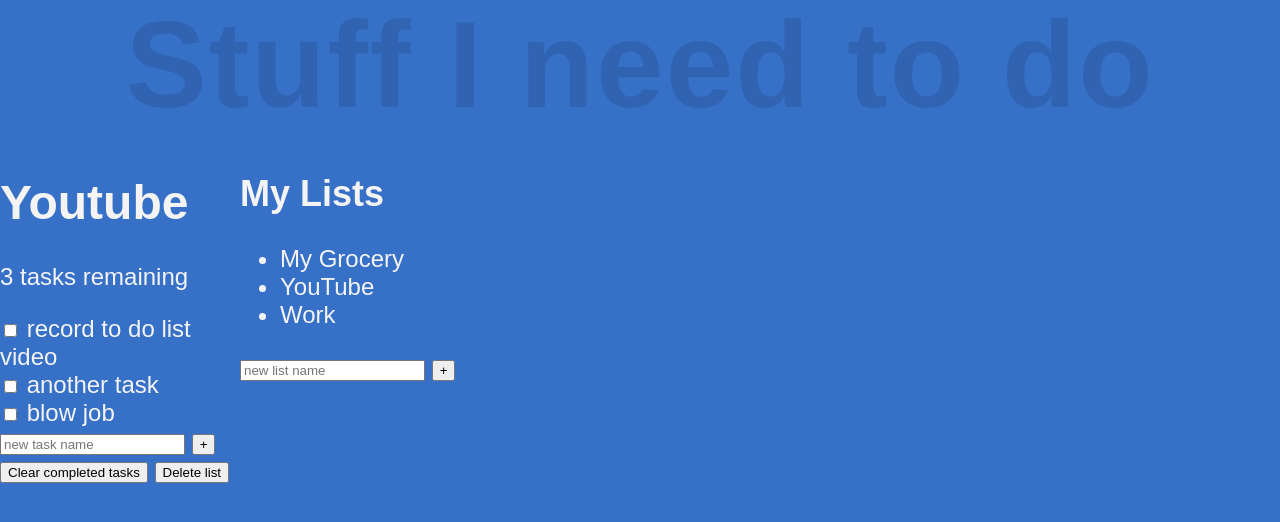
Repository: MohammadMazloum123/To-Do-List-App-
Page: index.html
These files come from the project's save history. The page is drawn as it stood at one moment and after a run of saves; the edit follows.
The browser window is 1280 px wide. The pictures show the whole page.

Above is the page before, as saved 2024-02-15 12:35:36.

### index.html
<!DOCTYPE html>
<html lang="en">
<head>
    <meta charset="UTF-8">
    <meta name="viewport" content="width=device-width, initial-scale=1.0">
    <title>To-Do List</title>
    <link rel="stylesheet" href="styles.css">
</head>
<body>
    <h1 class="title">Stuff I need to do</h1>
    <div class="all-tasks">
        <h2 class="task-list-title">My Lists</h2>
        <ul class="task-liist">
            <li class="active-list">My Grocery</li>
            <li>YouTube</li>
            <li>Work</li>
        </ul>
        <form>
            <input type="text" class="new list" placeholder="new list name" aria-label="new list name">
            <button class="btn list" aria-label="create new list">+</button>
        </form>
    </div>
    <div class="todo-list">
        <div class="todo-header">
            <h1 class="list-title">Youtube</h1>
            <p class="task-count">3 tasks remaining</p>
        </div>
        <div class="todo-body">
            <div class="tasks">
                <div class="task">
                    <input type="checkbox" id="task-1">
                    <label for="task-1">
                        <span class="custom-checkbox"></span>
                        record to do list video
                    </label>
                </div>
                <!--Task 1-->
                <div class="task">
                    <input type="checkbox" id="task-2">
                    <label for="task-2">
                        <span class="custom-checkbox"></span>
                        another task
                    </label>
                </div>
                <!--Task 2-->
                <div class="task">
                    <input type="checkbox" id="task-3">
                    <label for="task-3">
                        <span class="custom-checkbox"></span>
                        blow job
                    </label>
                </div>
                <!--Task 3-->
            </div>
            <div class="new-task-creator">
                <form>
                    <input type="text" class="new list" placeholder="new task name" aria-label="new task name">
                    <button class="btn task" aria-label="create new task">+</button>
                </form>
            </div>
            <div class="delete-stuff">
                <button class="btn delete">Clear completed tasks</button>
                <button class="btn delete">Delete list</button>
            </div>
        </div>
    </div>

</body>
</html>

### styles.css
:root{
    --clr-primary: rgb(54, 112, 199);
    --clr-light: #f4f4f4;
    --clr-dark:#333;
    --clr-warning: rgb(99, 36, 36);
}
*,
*::before,
*::after{
    font-family: inherit;
    box-sizing: border-box;
}

body{
    margin: 0;
    font-family: "Work Sans", sans-serif;
    font-weight: 300;
    font-size: 1.5rem;
    background-color: var(--clr-primary);
    color: var(--clr-light);
    display: grid;
    grid:
        "header header header header" auto
        "...... lists active ......" auto /
        1fr minmax(100px, 300px) minmax(250px, 500px) 1fr;
}
.title{
    grid-area: header;
    text-align: center;
    font-weight: 800;
    font-size: calc(7vw + 2rem);
    color: rgba(0, 0, 0, .1);
    margin: -.3rem 0 0.5rem;
    letter-spacing: 2px;
}
.all-tasks{
    grid-area: lists;
}
.todo-list{
    grid-area: ;
}

After the next 2 saves:
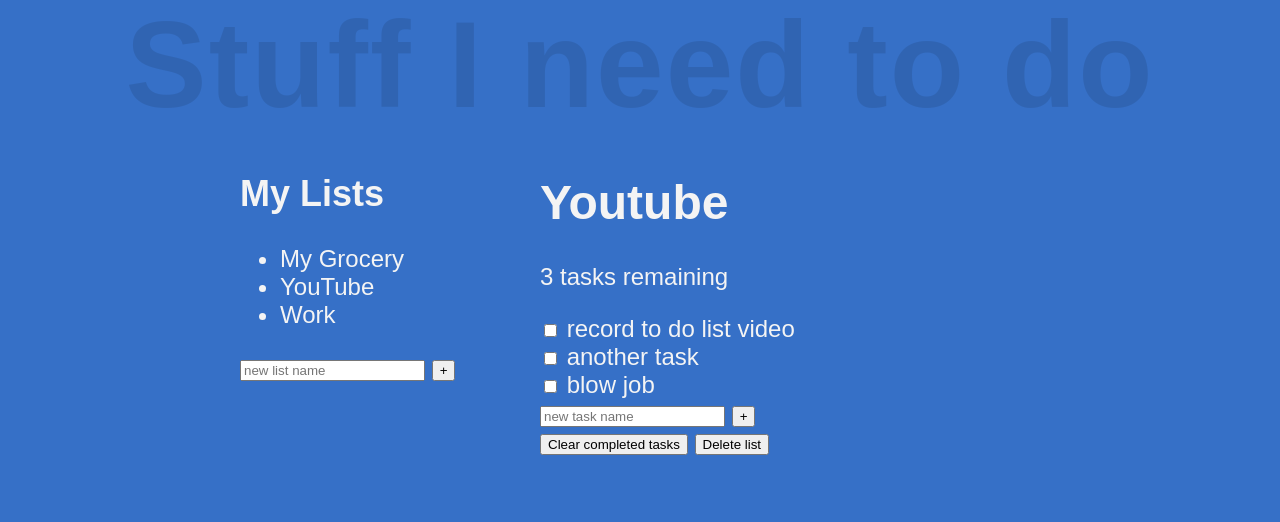
The 2 saves are shown as one change because they came seconds apart.
The last was saved 6 s later.
--- a/styles.css
+++ b/styles.css
@@ -37,5 +37,5 @@
     grid-area: lists;
 }
 .todo-list{
-    grid-area: ;
+    grid-area: active;
 }

After the 2 saves that followed:
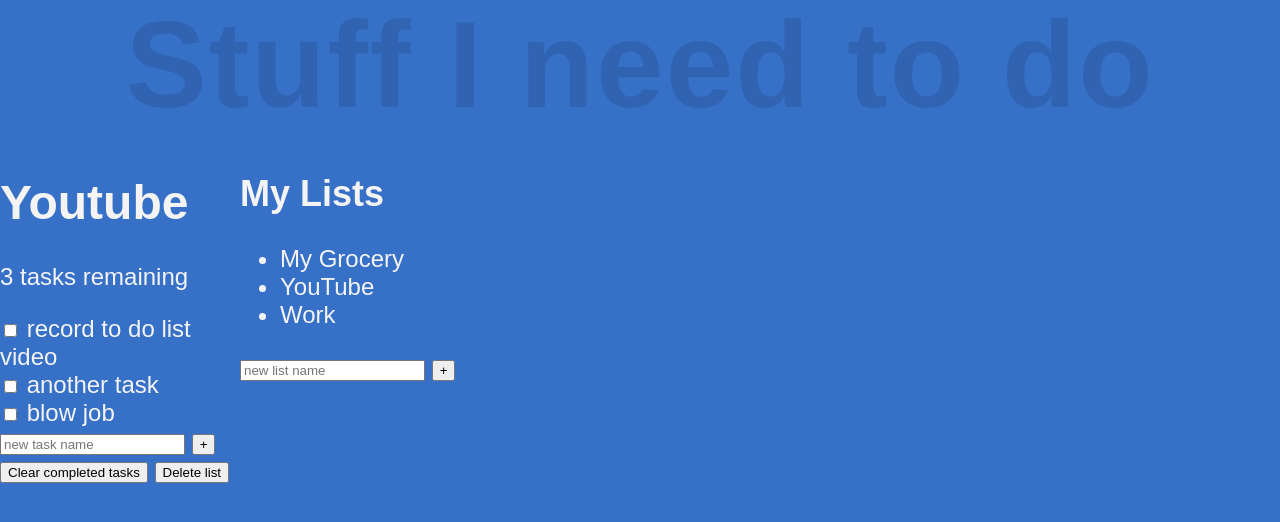
The 2 saves are shown as one change because they came seconds apart.
The last was saved 18 s later.
--- a/styles.css
+++ b/styles.css
@@ -36,6 +36,8 @@
 .all-tasks{
     grid-area: lists;
 }
+.tasks
+
 .todo-list{
     grid-area: active;
 }
